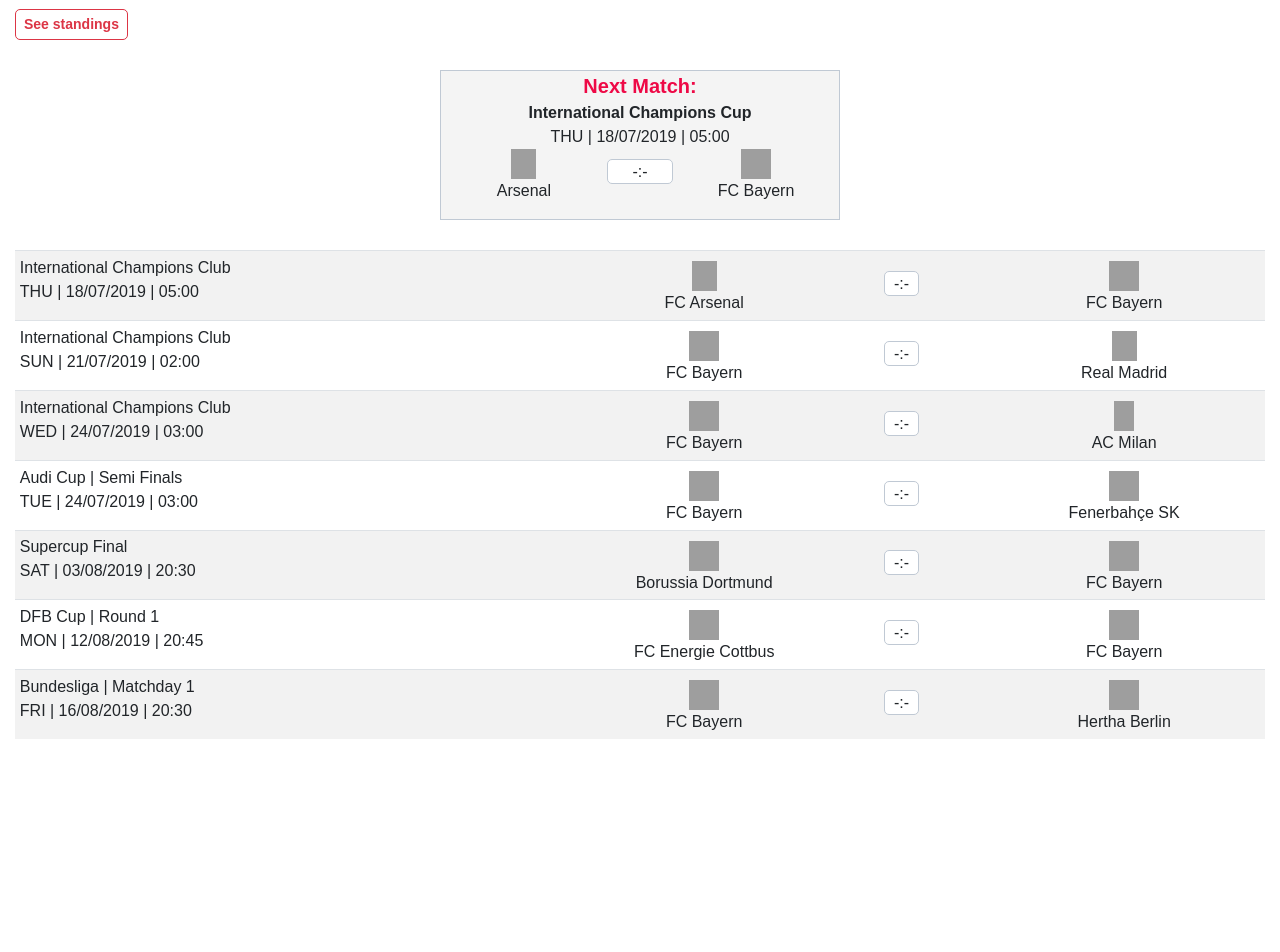
Repository: Code-Institute-Submissions/alnibo-milestone-project-1
Page: fixtures.html
The author's editor kept a record of every edit. The page is drawn from the files as they stood at one moment, then again after the next edit.
The browser window is 1280 px wide. The pictures show the part of the page from y = 1089 to 2041 px (the page is 2144 px tall before and 2186 px after).
Pictures or frames that could not be fetched are drawn as grey boxes. A picture or video elsewhere on the page could not be fetched, so the positions and the page height are approximate. Some web fonts or font styles are not loaded; a fallback is used.

Above is the page before.

### fixtures.html
<!DOCTYPE html>
<html lang="en">

<head>
    <meta charset="UTF-8">
    <meta name="viewport" content="width=device-width, initial-scale=1.0">
    <link rel="stylesheet" href="https://stackpath.bootstrapcdn.com/bootstrap/4.3.1/css/bootstrap.min.css" type="text/css" />
    <link rel="stylesheet" href="https://stackpath.bootstrapcdn.com/font-awesome/4.7.0/css/font-awesome.min.css" type="text/css" />
    <link rel="stylesheet" href="assets/css/style.css">
    <title>FC Bayern</title>
</head>

<body>

    <!---------------------------------------------------- Navbar -->
    <nav class="navbar navbar-expand-sm navbar-dark fixed-top">
        <a class="navbar-brand" href="index.html">
            <img src="https://upload.wikimedia.org/wikipedia/commons/thumb/1/1f/Logo_FC_Bayern_München_%282002–2017%29.svg/1024px-Logo_FC_Bayern_München_%282002–2017%29.svg.png" width="30" height="30" class="d-inline-block" class="d-inline-block align-center">FC Bayern
        </a>
        <button class="navbar-toggler" type="button" data-toggle="collapse" data-target="#navbarNavDropdown" aria-controls="navbarNavDropdown" aria-expanded="false" aria-label="Toggle navigation">
            <span class="navbar-toggler-icon"></span>
        </button>

        <div class="collapse navbar-collapse" id="navbarNavDropdown">
            <ul class="navbar-nav">
                <li class="nav-item active">
                    <a class="nav-link" href="index.html">Home <span class="sr-only">(current)</span></a>
                </li>
                <li class="nav-item">
                    <a class="nav-link" href="about.html">About</a>
                </li>
                <li class="nav-item dropdown">
                    <a class="nav-link dropdown-toggle" href=#" id="navbarDropdownMenuLink" data-toggle="dropdown" aria-haspopup="true" aria-expanded="false">Team
                    </a>
                    <div class="dropdown-menu" aria-labelledby="navbarDropdownMenuLink">
                        <a class="dropdown-item" href="team.html">All</a>
                        <a class="dropdown-item" href="team.html#goalkeepers">Goalkeepers</a>
                        <a class="dropdown-item" href="team.html#defenders">Defenders</a>
                        <a class="dropdown-item" href="team.html#midfielders">Midfielders</a>
                        <a class="dropdown-item" href="team.html#forwards">Forwards</a>
                        <a class="dropdown-item" href="team.html#coaches">Coaches</a>
                    </div>
                </li>
                <li class="nav-item">
                    <a class="nav-link" href="fixtures.html">Fixtures</a>
                </li>
                <li class="nav-item">
                    <a class="nav-link" href="table.html">Table</a>
                </li>
            </ul>
        </div>
    </nav>


    <!---------------------------------------------------- Content -->

    <div class="container-fluid team">
        <div class="row">
            <img class="top-pic col-12" src="assets/images/grassline.jpg" alt="grass picture">
        </div>
    </div>

    <div class="container-fluid fixtures">
        <div class="row">
            <h2>Fixtures</h2>
        </div>
        <div class="row">
            <a class="btn btn-sm btn-outline-danger btn--fixtures" href="table.html">See standings</a>
        </div>
    </div>

<!---------------- next match for mobile view ----------------------->

    <div class="container-fluid">
    <div class="row box-mobile">
        <div class="container col-11 next-match-container-mobile">

            <div class="row next-match-head">
                <div class="col-12">Next Match:</div>
            </div>
            <div class="row tournament">
                <div class="col-12">International Champions Cup</div>
            </div>
            <div class="row">
                <div class="col-12">THU | 18/07/2019 | 05:00</div>
            </div>

            <div class="row">
                    <div class="home-team team-container col-5">
                        <img src="https://upload.wikimedia.org/wikipedia/de/thumb/3/32/FC_Arsenal_%28seit_2002%29.svg/1200px-FC_Arsenal_%28seit_2002%29.svg.png" width="25" height="30" class="d-inline-block" class="d-inline-block align-center"></br>
                        <span>Arsenal</span>
                    </div>
                    <div class="next-match-score col-2"><span>-:-</span></div>
                    <div class="away-team team-container col-5">
                        <img src="https://upload.wikimedia.org/wikipedia/commons/thumb/1/1f/Logo_FC_Bayern_München_%282002–2017%29.svg/1024px-Logo_FC_Bayern_München_%282002–2017%29.svg.png" width="30" height="30" class="d-inline-block" class="d-inline-block align-center"></br>
                        <span>FC Bayern</span>
                    </div>
            </div>
        </div>
    </div>

<!---------------- next match for desktop view ----------------------->

    <div class="row box-desktop">
        <div class="container col-6 next-match-container-desktop">

            <div class="row next-match-head">
                <div class="col-12">Next Match:</div>
            </div>
            <div class="row tournament">
                <div class="col-12">International Champions Cup</div>
            </div>
            <div class="row">
                <div class="col-12">THU | 18/07/2019 | 05:00</div>
            </div>

            <div class="row">
                    <div class="home-team team-container col-5">
                        <img src="https://upload.wikimedia.org/wikipedia/de/thumb/3/32/FC_Arsenal_%28seit_2002%29.svg/1200px-FC_Arsenal_%28seit_2002%29.svg.png" width="25" height="30" class="d-inline-block" class="d-inline-block align-center"></br>
                        <span>Arsenal</span>
                    </div>
                    <div class="next-match-score col-2"><span>-:-</span></div>
                    <div class="away-team team-container col-5">
                        <img src="https://upload.wikimedia.org/wikipedia/commons/thumb/1/1f/Logo_FC_Bayern_München_%282002–2017%29.svg/1024px-Logo_FC_Bayern_München_%282002–2017%29.svg.png" width="30" height="30" class="d-inline-block" class="d-inline-block align-center"></br>
                        <span>FC Bayern</span>
                    </div>
            </div>
        </div>
    </div>
    </div>

    <div class="container-fluid upcoming-fixtures">
        <div class="row bundesliga-table">

<!---------------- table for mobile view ----------------------------->

            <table class="table table-sm table-striped table-hover col-12 table-mobile">
                <tbody>
                    <tr>
                        <td>IC Club</br>18/07/2019 | 05:00</td>
                        <td class="table-entry home-column"><img src="https://upload.wikimedia.org/wikipedia/de/thumb/3/32/FC_Arsenal_%28seit_2002%29.svg/1200px-FC_Arsenal_%28seit_2002%29.svg.png" width="25" height="30" class="d-inline-block" class="d-inline-block align-center"></br>Arsenal</td>
                        <td><div class="match-score-odd"><span>-:-</span></div></td>
                        <td class="table-entry away-column"><img src="https://upload.wikimedia.org/wikipedia/commons/thumb/1/1f/Logo_FC_Bayern_München_%282002–2017%29.svg/1024px-Logo_FC_Bayern_München_%282002–2017%29.svg.png" width="30" height="30" class="d-inline-block" class="d-inline-block align-center"></br>Bayern</td>
                    </tr>
                    <tr>
                        <td>IC Club</br>21/07/2019 | 02:00</td>
                        <td class="table-entry home-column"><img src="https://upload.wikimedia.org/wikipedia/commons/thumb/1/1f/Logo_FC_Bayern_München_%282002–2017%29.svg/1024px-Logo_FC_Bayern_München_%282002–2017%29.svg.png" width="30" height="30" class="d-inline-block" class="d-inline-block align-center"></br>Bayern</td>
                        <td><div class="match-score-even"><span>-:-</span></div></td>
                        <td class="table-entry away-column"><img src="https://upload.wikimedia.org/wikipedia/de/thumb/3/3f/Real_Madrid_Logo.svg/2000px-Real_Madrid_Logo.svg.png" width="25" height="30" class="d-inline-block" class="d-inline-block align-center"></br>Madrid</td>
                    </tr>
                    <tr>
                        <td>IC Club</br>24/07/2019 | 03:00</td>
                        <td class="table-entry home-column"><img src="https://upload.wikimedia.org/wikipedia/commons/thumb/1/1f/Logo_FC_Bayern_München_%282002–2017%29.svg/1024px-Logo_FC_Bayern_München_%282002–2017%29.svg.png" width="30" height="30" class="d-inline-block" class="d-inline-block align-center"></br>Bayern</td>
                        <td><div class="match-score-odd"><span>-:-</span></div></td>
                        <td class="table-entry away-column"><img src="https://upload.wikimedia.org/wikipedia/de/thumb/9/9e/AC_Mailand_Logo.svg/1200px-AC_Mailand_Logo.svg.png" width="20" height="30" class="d-inline-block" class="d-inline-block align-center"></br>Milan</td>
                    </tr>
                    <tr>
                        <td>Audi Cup</br>24/07/2019 | 03:00</td>
                        <td class="table-entry home-column"><img src="https://upload.wikimedia.org/wikipedia/commons/thumb/1/1f/Logo_FC_Bayern_München_%282002–2017%29.svg/1024px-Logo_FC_Bayern_München_%282002–2017%29.svg.png" width="30" height="30" class="d-inline-block" class="d-inline-block align-center"></br>Bayern</td>
                        <td><div class="match-score-even"><span>-:-</span></div></td>
                        <td class="table-entry away-column"><img src="https://upload.wikimedia.org/wikipedia/de/thumb/e/e6/Fenerbahce_Spor_Kulubu.svg/1054px-Fenerbahce_Spor_Kulubu.svg.png" width="30" height="30" class="d-inline-block" class="d-inline-block align-center"></br>Fenerbahçe</td>
                    </tr>
                    <tr>
                        <td>SC Final</br>03/08/2019 | 20:30</td>
                        <td class="table-entry home-column"><img src="https://upload.wikimedia.org/wikipedia/commons/thumb/6/67/Borussia_Dortmund_logo.svg/2000px-Borussia_Dortmund_logo.svg.png" width="30" height="30" class="d-inline-block" class="d-inline-block align-center"></br>Dortmund</td>
                        <td><div class="match-score-odd"><span>-:-</span></div></td>
                        <td class="table-entry away-column"><img src="https://upload.wikimedia.org/wikipedia/commons/thumb/1/1f/Logo_FC_Bayern_München_%282002–2017%29.svg/1024px-Logo_FC_Bayern_München_%282002–2017%29.svg.png" width="30" height="30" class="d-inline-block" class="d-inline-block align-center"></br>Bayern</td>
                    </tr>
                    <tr>
                        <td>DFB Cup</br>12/08/2019 | 20:45</td>
                        <td class="table-entry home-column"><img src="https://upload.wikimedia.org/wikipedia/commons/thumb/5/55/Logo_Energie_Cottbus.svg/1200px-Logo_Energie_Cottbus.svg.png" width="30" height="30" class="d-inline-block" class="d-inline-block align-center"></br>Cottbus</td>
                        <td><div class="match-score-even"><span>-:-</span></div></td>
                        <td class="table-entry away-column"><img src="https://upload.wikimedia.org/wikipedia/commons/thumb/1/1f/Logo_FC_Bayern_München_%282002–2017%29.svg/1024px-Logo_FC_Bayern_München_%282002–2017%29.svg.png" width="30" height="30" class="d-inline-block" class="d-inline-block align-center"></br>Bayern</td>
                    </tr>
                    <tr>
                        <td>BL</br>16/08/2019 | 20:30</td>
                        <td class="table-entry home-column"><img src="https://upload.wikimedia.org/wikipedia/commons/thumb/1/1f/Logo_FC_Bayern_München_%282002–2017%29.svg/1024px-Logo_FC_Bayern_München_%282002–2017%29.svg.png" width="30" height="30" class="d-inline-block" class="d-inline-block align-center"></br>Bayern</td>
                        <td><div class="match-score-odd"><span>-:-</span></div></td>
                        <td class="table-entry away-column"><img src="https://upload.wikimedia.org/wikipedia/de/thumb/3/38/Hertha_BSC_Logo.svg/2000px-Hertha_BSC_Logo.svg.png" width="30" height="30" class="d-inline-block" class="d-inline-block align-center"></br>Berlin</td>
                    </tr>
                </tbody>
            </table>

<!---------------- table for desktop view ---------------------------->

            <table class="table table-sm table-striped table-hover col-12 table-desktop">
                <tbody>
                    <tr>
                        <td>International Champions Club</br>THU | 18/07/2019 | 05:00</td>
                        <td class="table-entry home-column"><img src="https://upload.wikimedia.org/wikipedia/de/thumb/3/32/FC_Arsenal_%28seit_2002%29.svg/1200px-FC_Arsenal_%28seit_2002%29.svg.png" width="25" height="30" class="d-inline-block" class="d-inline-block align-center"></br>FC Arsenal</td>
                        <td><div class="match-score-odd"><span>-:-</span></div></td>
                        <td class="table-entry away-column"><img src="https://upload.wikimedia.org/wikipedia/commons/thumb/1/1f/Logo_FC_Bayern_München_%282002–2017%29.svg/1024px-Logo_FC_Bayern_München_%282002–2017%29.svg.png" width="30" height="30" class="d-inline-block" class="d-inline-block align-center"></br>FC Bayern</td>
                    </tr>
                    <tr>
                        <td>International Champions Club</br>SUN | 21/07/2019 | 02:00</td>
                        <td class="table-entry home-column"><img src="https://upload.wikimedia.org/wikipedia/commons/thumb/1/1f/Logo_FC_Bayern_München_%282002–2017%29.svg/1024px-Logo_FC_Bayern_München_%282002–2017%29.svg.png" width="30" height="30" class="d-inline-block" class="d-inline-block align-center"></br>FC Bayern</td>
                        <td><div class="match-score-even"><span>-:-</span></div></td>
                        <td class="table-entry away-column"><img src="https://upload.wikimedia.org/wikipedia/de/thumb/3/3f/Real_Madrid_Logo.svg/2000px-Real_Madrid_Logo.svg.png" width="25" height="30" class="d-inline-block" class="d-inline-block align-center"></br>Real Madrid</td>
                    </tr>
                    <tr>
                        <td>International Champions Club</br>WED | 24/07/2019 | 03:00</td>
                        <td class="table-entry home-column"><img src="https://upload.wikimedia.org/wikipedia/commons/thumb/1/1f/Logo_FC_Bayern_München_%282002–2017%29.svg/1024px-Logo_FC_Bayern_München_%282002–2017%29.svg.png" width="30" height="30" class="d-inline-block" class="d-inline-block align-center"></br>FC Bayern</td>
                        <td><div class="match-score-odd"><span>-:-</span></div></td>
                        <td class="table-entry away-column"><img src="https://upload.wikimedia.org/wikipedia/de/thumb/9/9e/AC_Mailand_Logo.svg/1200px-AC_Mailand_Logo.svg.png" width="20" height="30" class="d-inline-block" class="d-inline-block align-center"></br>AC Milan</td>
                    </tr>
                    <tr>
                        <td>Audi Cup | Semi Finals</br>TUE | 24/07/2019 | 03:00</td>
                        <td class="table-entry home-column"><img src="https://upload.wikimedia.org/wikipedia/commons/thumb/1/1f/Logo_FC_Bayern_München_%282002–2017%29.svg/1024px-Logo_FC_Bayern_München_%282002–2017%29.svg.png" width="30" height="30" class="d-inline-block" class="d-inline-block align-center"></br>FC Bayern</td>
                        <td><div class="match-score-even"><span>-:-</span></div></td>
                        <td class="table-entry away-column"><img src="https://upload.wikimedia.org/wikipedia/de/thumb/e/e6/Fenerbahce_Spor_Kulubu.svg/1054px-Fenerbahce_Spor_Kulubu.svg.png" width="30" height="30" class="d-inline-block" class="d-inline-block align-center"></br>Fenerbahçe SK</td>
                    </tr>
                    <tr>
                        <td>Supercup Final</br>SAT | 03/08/2019 | 20:30</td>
                        <td class="table-entry home-column"><img src="https://upload.wikimedia.org/wikipedia/commons/thumb/6/67/Borussia_Dortmund_logo.svg/2000px-Borussia_Dortmund_logo.svg.png" width="30" height="30" class="d-inline-block" class="d-inline-block align-center"></br>Borussia Dortmund</td>
                        <td><div class="match-score-odd"><span>-:-</span></div></td>
                        <td class="table-entry away-column"><img src="https://upload.wikimedia.org/wikipedia/commons/thumb/1/1f/Logo_FC_Bayern_München_%282002–2017%29.svg/1024px-Logo_FC_Bayern_München_%282002–2017%29.svg.png" width="30" height="30" class="d-inline-block" class="d-inline-block align-center"></br>FC Bayern</td>
                    </tr>
                    <tr>
                        <td>DFB Cup | Round 1</br>MON | 12/08/2019 | 20:45</td>
                        <td class="table-entry home-column"><img src="https://upload.wikimedia.org/wikipedia/commons/thumb/5/55/Logo_Energie_Cottbus.svg/1200px-Logo_Energie_Cottbus.svg.png" width="30" height="30" class="d-inline-block" class="d-inline-block align-center"></br>FC Energie Cottbus</td>
                        <td><div class="match-score-even"><span>-:-</span></div></td>
                        <td class="table-entry away-column"><img src="https://upload.wikimedia.org/wikipedia/commons/thumb/1/1f/Logo_FC_Bayern_München_%282002–2017%29.svg/1024px-Logo_FC_Bayern_München_%282002–2017%29.svg.png" width="30" height="30" class="d-inline-block" class="d-inline-block align-center"></br>FC Bayern</td>
                    </tr>
                    <tr>
                        <td>Bundesliga | Matchday 1</br>FRI | 16/08/2019 | 20:30</td>
                        <td class="table-entry home-column"><img src="https://upload.wikimedia.org/wikipedia/commons/thumb/1/1f/Logo_FC_Bayern_München_%282002–2017%29.svg/1024px-Logo_FC_Bayern_München_%282002–2017%29.svg.png" width="30" height="30" class="d-inline-block" class="d-inline-block align-center"></br>FC Bayern</td>
                        <td><div class="match-score-odd"><span>-:-</span></div></td>
                        <td class="table-entry away-column"><img src="https://upload.wikimedia.org/wikipedia/de/thumb/3/38/Hertha_BSC_Logo.svg/2000px-Hertha_BSC_Logo.svg.png" width="30" height="30" class="d-inline-block" class="d-inline-block align-center"></br>Hertha Berlin</td>
                    </tr>
                </tbody>
            </table>


        </div>
    </div>




    <div class="container-fluid spaceholder">

    </div>



    <!---------------------------------------------------- Footer -->

    <footer class="container-fluid">
        <div class="footer-details row">
            <div class="col-sm-12">
                <h5 class="social">Follow FC Bayern!</h5>
                <ul class="list-inline social-links">
                    <li class="list-inline-item">
                        <a target="_blank" href="https://www.facebook.com/fcbayern.en/">
                            <i class="fa fa-facebook" aria-hidden="true"></i>
                            <span class="sr-only">Facebook</span>
                        </a>
                    </li>
                    <li class="list-inline-item">
                        <a target="_blank" href="https://www.instagram.com/fcbayern/?hl">
                            <i class="fa fa-instagram" aria-hidden="true"></i>
                            <span class="sr-only">Instagram</span>
                        </a>
                    </li>
                    <li class="list-inline-item">
                        <a target="_blank" href="https://www.youtube.com/user/fcbayern">
                            <i class="fa fa-youtube" aria-hidden="true"></i>
                            <span class="sr-only">YouTube</span>
                        </a>
                    </li>
                    <li class="list-inline-item">
                        <a target="_blank" href="https://twitter.com/FCBayern">
                            <i class="fa fa-twitter" aria-hidden="true"></i>
                            <span class="sr-only">Twitter</span>
                        </a>
                    </li>
                </ul>
            </div>
        </div>
    </footer>

    <script src="https://code.jquery.com/jquery-3.3.1.slim.min.js" integrity="sha384-q8i/X+965DzO0rT7abK41JStQIAqVgRVzpbzo5smXKp4YfRvH+8abtTE1Pi6jizo" crossorigin="anonymous"></script>
    <script src="https://stackpath.bootstrapcdn.com/bootstrap/4.1.3/js/bootstrap.min.js" integrity="sha384-ChfqqxuZUCnJSK3+MXmPNIyE6ZbWh2IMqE241rYiqJxyMiZ6OW/JmZQ5stwEULTy" crossorigin="anonymous"></script>
</body>

</html>

Loaded but not shown: assets/css/style.css (445 lines, source omitted)

After the next edit:
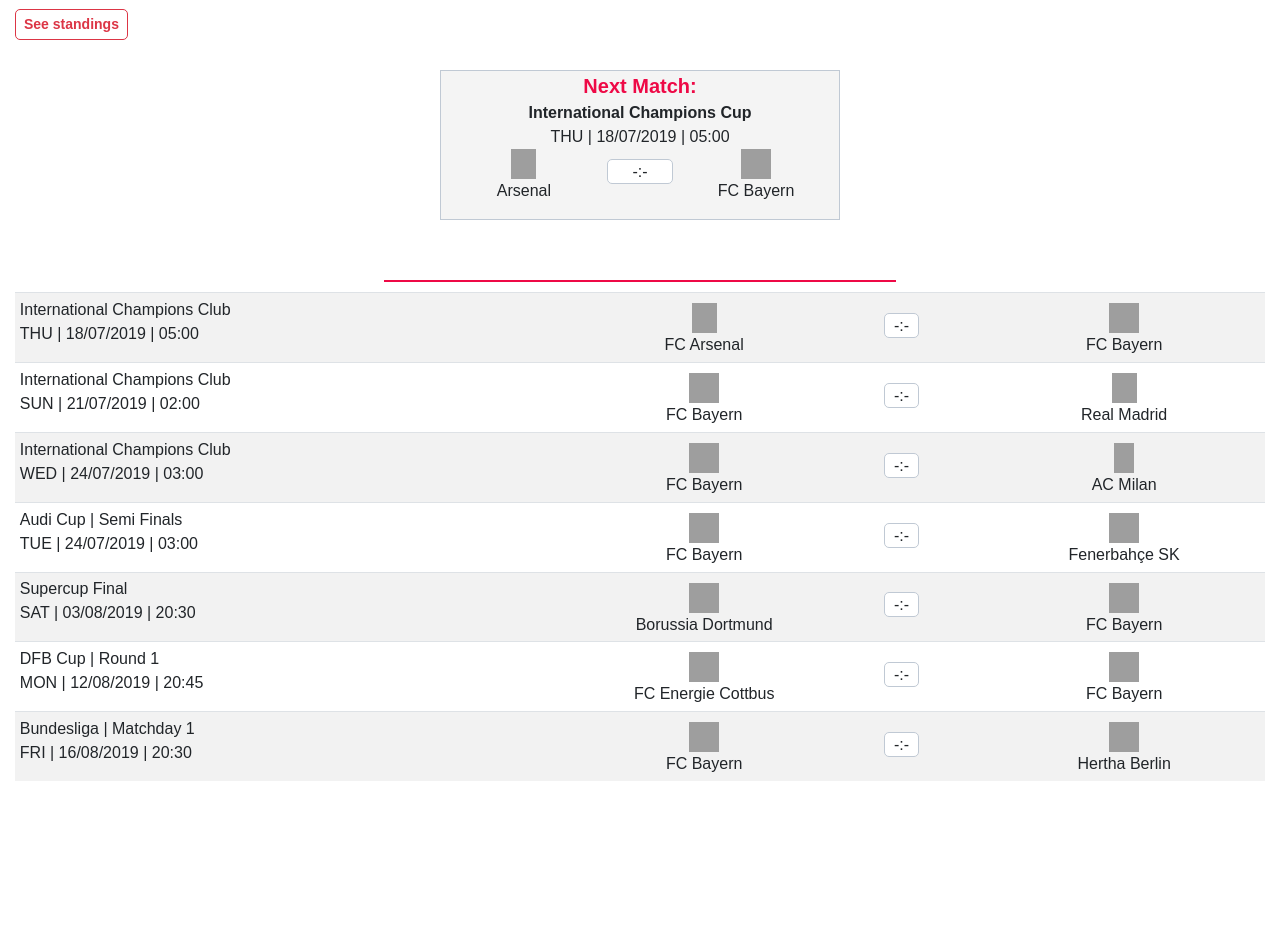
The edit:
--- a/fixtures.html
+++ b/fixtures.html
@@ -129,6 +129,8 @@
     </div>
     </div>
 
+    <hr class="block-divider">
+
     <div class="container-fluid upcoming-fixtures">
         <div class="row bundesliga-table">
 
